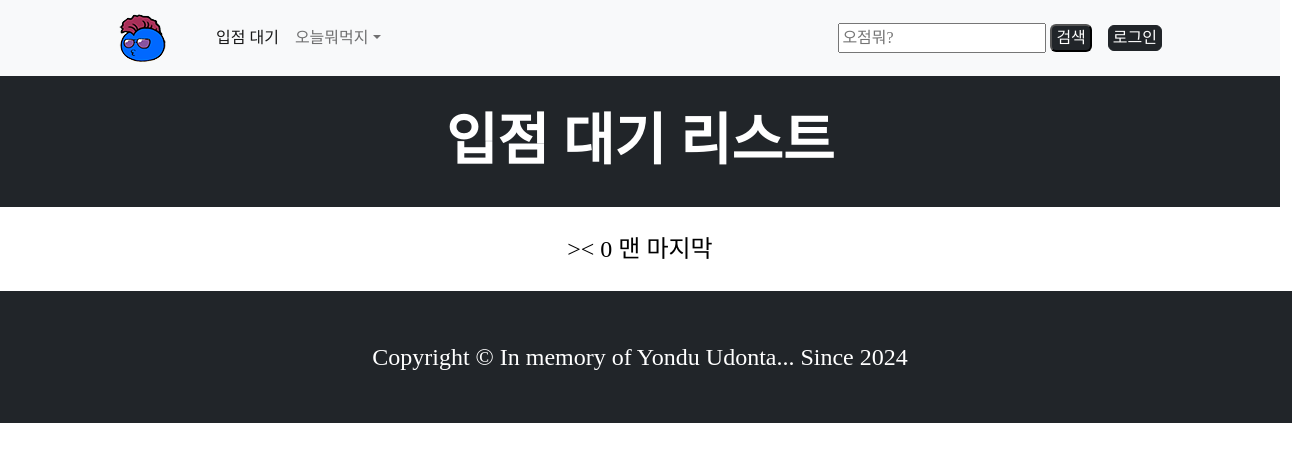
Repository: ashwan94/ydzone
Page: http://localhost/YonduZone/restaurant/vote
These files come from the project's save history. The page is drawn as it stood at one moment and after the next save; the edit follows.
The browser window is 1280 px wide. The page is 1292 px wide, so the pictures cover 1292 px, including what lies to the right of the window. The pictures show the whole page.
Some web fonts or font styles are not loaded; a fallback is used. The page is served by Tomcat 9.

Above is the page before, as saved 2024-05-02 12:56:28.

After the next save:
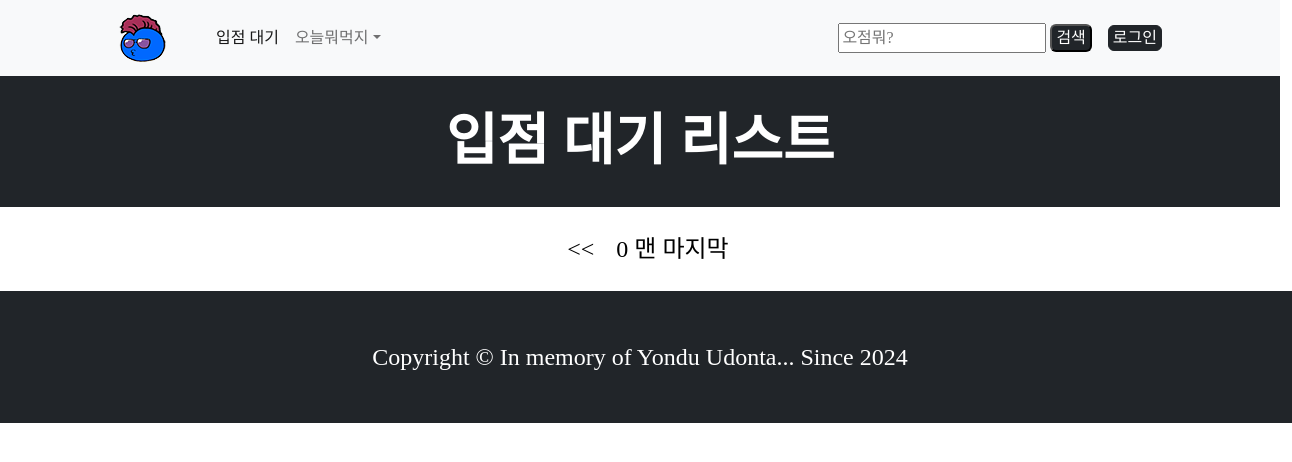
Saved 16 s later.
--- a/YonduZone/src/main/webapp/WEB-INF/views/restaurant/stanby.jsp
+++ b/YonduZone/src/main/webapp/WEB-INF/views/restaurant/stanby.jsp
@@ -152,7 +152,7 @@
 <div class="col-4"></div>
 <div class="col-4 my-4">
 	<!-- 페이지 링크 -->
-	<a href="/restaurant/stanby?currentPageNo=1&userNo=${sessionScope.user.no}">&gt;&lt;</a>
+	<a href="/restaurant/stanby?currentPageNo=1&userNo=${sessionScope.user.no}" class="mx-3">&lt;&lt;</a>
 	<c:if test="${pagination.currentPageNo > 1 }">
 		<a href="/restaurant/stanby?currentPageNo=${pagination.currentPageNo - 1 }&userNo=${sessionScope.user.no}">이전</a>
 	</c:if>
